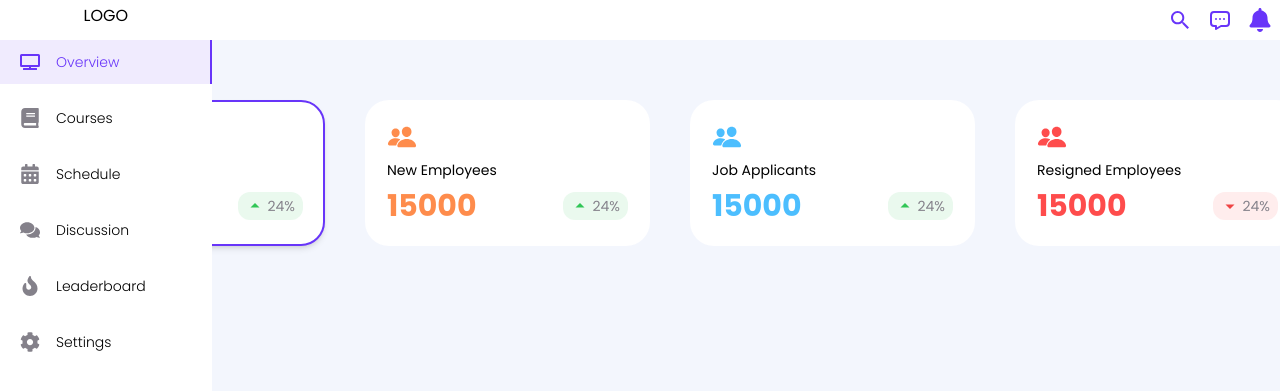
Repository: SpicierEwe/creativeio_hr_dashboard
Page: /
The author's editor kept a copy of each file at every save. The page is drawn from the files as they stood at one save, then again after the next save.
The browser window is 1280 px wide. The pictures show the whole page.
The project was rebuilt for these pictures with package versions that can differ from the ones it lists, and the page was loaded fresh each time. Also part of the build but not shown: src/components/dashboard/sections/sections_2/section_2.jsx. Imported but missing from the stored project, and not drawn on this page: src/components/dashboard/sections/sections_2/charts/pie_chart.

Above is the page before, as saved 2024-06-28 23:25:51.

### public/index.html
<!DOCTYPE html>
<html lang="en">
  <head>
    <meta charset="utf-8" />
    <link rel="icon" href="%PUBLIC_URL%/favicon.ico" />
    <meta name="viewport" content="width=device-width, initial-scale=1" />
    <meta name="theme-color" content="#000000" />
    <meta
      name="description"
      content="A perfectly optmized HR Dashboard for all screens sizes to give you the best possible user experience no matter the type of screen size you use."
    />
    <link rel="apple-touch-icon" href="%PUBLIC_URL%/logo192.png" />
    <!--
      manifest.json provides metadata used when your web app is installed on a
      user's mobile device or desktop. See https://developers.google.com/web/fundamentals/web-app-manifest/
    -->
    <link rel="manifest" href="%PUBLIC_URL%/manifest.json" />
    <!--
      Notice the use of %PUBLIC_URL% in the tags above.
      It will be replaced with the URL of the `public` folder during the build.
      Only files inside the `public` folder can be referenced from the HTML.

      Unlike "/favicon.ico" or "favicon.ico", "%PUBLIC_URL%/favicon.ico" will
      work correctly both with client-side routing and a non-root public URL.
      Learn how to configure a non-root public URL by running `npm run build`.
    -->
    <title>HR Dashboard</title>
  </head>
  <body>
    <noscript>You need to enable JavaScript to run this app.</noscript>
    <div id="root"></div>
    <!--
      This HTML file is a template.
      If you open it directly in the browser, you will see an empty page.

      You can add webfonts, meta tags, or analytics to this file.
      The build step will place the bundled scripts into the <body> tag.

      To begin the development, run `npm start` or `yarn start`.
      To create a production bundle, use `npm run build` or `yarn build`.
    -->
  </body>
</html>

### src/index.css
@import url('https://fonts.googleapis.com/css2?family=Poppins:ital,wght@0,100;0,200;0,300;0,400;0,500;0,600;0,700;0,800;0,900;1,100;1,200;1,300;1,400;1,500;1,600;1,700;1,800;1,900&display=swap');


@tailwind base;
@tailwind components;
@tailwind utilities;

@layer base {
    :root {
        --color-primary: #ffffff;
        --color-secondary: #f3f6fd;
        --accent: #6835f9;
        --accent-light: #f0ebfe;

        --font-primary: #202020;
        --font-secondary: #84818A;
        --font-tertiary: #47464A;
        /* Corrected the double # */
    }

    .hide-scrollbar::-webkit-scrollbar {
        display: none;
    }

    .hide-scrollbar {
        -ms-overflow-style: none;
        /* IE and Edge */
        scrollbar-width: none;
        /* Firefox */
    }

    body {
        font-family: 'Poppins', sans-serif;
        background-color: var(--color-secondary);
    }

    h1,
    h2,
    h3,
    h4 {
        color: var(--font-primary);
    }





    p {
        color: var(--font-secondary);
    }
}

### src/App.js
import { BrowserRouter as Router, Routes, Route } from "react-router-dom";

import "./App.css";
import DashBoard from "./components/dashboard/dashboard";
import SideNav from "./components/side_nav/side_nav";
import { useRef } from "react";

function App() {
  const sideRef = useRef(null);
  return (
    <Router>
      <div className="App overflow-x-hidden ">
        <div className="flex max-w-screen-2xl w-screen">
          {/* side and top nav  */}
          <div ref={sideRef} className="">
            <SideNav />
          </div>
          {/* right content */}
          <div className="w-[100%] pt-20  ">
            <Routes>
              <Route path="/" element={<DashBoard />} />
            </Routes>
          </div>
        </div>
      </div>
    </Router>
  );
}

export default App;

### src/components/dashboard/dashboard.jsx
import Section1 from "./sections/section_1/section_1";
import Section2 from "./sections/sections_2/section_2";

function DashBoard() {
  return (
    <div>
      <div className=" ">
        <Section1 />
      </div>

      <div className="">{/* <Section2 /> */}</div>
    </div>
  );
}

export default DashBoard;

### src/components/side_nav/side_nav.jsx
import React, { useEffect, useState } from "react";

import {
  FaComments,
  FaCog,
  FaFire,
  FaCalendarAlt,
  FaBook,
  FaTv,
  FaBell,
} from "react-icons/fa";
import { IoMdSearch } from "react-icons/io";
import { TbMessageDots } from "react-icons/tb";
import { Link, redirect, useLocation } from "react-router-dom";

const menuItems = [
  { id: 1, icon: <FaTv />, label: "Overview", notifications: 0, redirect: "/" },
  {
    id: 2,
    icon: <FaBook />,
    label: "Courses",
    notifications: 0,
    redirect: "/courses",
  },
  {
    id: 3,
    icon: <FaCalendarAlt />,
    label: "Schedule",
    notifications: 2,
    redirect: "/schedule",
  },
  {
    id: 4,
    icon: <FaComments />,
    label: "Discussion",
    notifications: 0,
    redirect: "/discussion",
  },
  {
    id: 5,
    icon: <FaFire />,
    label: "Leaderboard",
    notifications: 0,
    redirect: "/leaderboard",
  },
  {
    id: 6,
    icon: <FaCog />,
    label: "Settings",
    notifications: 0,
    redirect: "/settings",
  },
];

function SideNav() {
  const [selectedNavIndex, setSelectedNavIndex] = useState(0);

  const location = useLocation();

  useEffect(() => {
    const path = location.pathname;
    const index = menuItems.findIndex((item) => item.redirect === path);
    setSelectedNavIndex(index);
  }, [location.pathname]);

  return (
    <div className="fixed">
      {/* top nav */}
      <TopNavBar />

      {/* side nav */}
      <ul className="flex flex-col fixed  gap-3 h-screen justify-between z-[999] bg-primary">
        <div className="flex flex-col  gap-3">
          {/*  LOGO images */}

          <div className="mt-1">LOGO</div>

          {/* <h2>Main Menu</h2> */}
          {menuItems.map((item, index) => {
            const isSelected = selectedNavIndex === index;
            return (
              <Link to={item.redirect}>
                <li
                  key={item.id}
                  // bg
                  className={`p-3 border-r-2 ${
                    isSelected ? "border-accent" : "border-primary"
                  } text-md cursor-pointer w-full ${
                    isSelected ? "bg-accent_light" : ""
                  } transition-all duration-200 ease-in-out lg:pr-16 lg:pl-5 `}
                  onClick={() => setSelectedNavIndex(index)}
                >
                  <div className="flex justify-between gap-10">
                    <div className="flex gap-4">
                      {/* item icon */}
                      <div
                        className={` text-2xl lg:text-xl ${
                          isSelected ? "text-accent" : "text-secondary"
                        }  `}
                      >
                        {item.icon}
                      </div>

                      {/* lable */}
                      <div
                        className={`hidden lg:block text-sm font-light ${
                          isSelected ? "text-accent" : ""
                        } `}
                      >
                        {item.label}
                      </div>
                    </div>
                  </div>
                </li>
              </Link>
            );
          })}
        </div>
      </ul>
    </div>
  );
}

export default SideNav;
const TopNavBar = () => {
  const icons = [<IoMdSearch />, <TbMessageDots />, <FaBell />];
  return (
    <div className="bg-primary w-screen fixed  max-w-screen-2xl">
      {/* mobile */}
      <div className="flex justify-between">
        <div></div>

        {/* icons */}
        <div className="flex">
          {icons.map((icon, index) => (
            <div
              key={index}
              className="flex justify-end p-2 text-2xl text-accent"
            >
              {icon}
            </div>
          ))}
        </div>
      </div>
    </div>
  );
};

### src/components/dashboard/sections/section_1/section_1.jsx
import { useState } from "react";
import { IoPeople } from "react-icons/io5";
import { RiArrowUpSFill } from "react-icons/ri";

function Section1() {
  const data = [
    {
      icon: <IoPeople />,
      title: "Total Employees",
      count: 15000,
      percentage: "24%",
      color: "#6835f9",
      drop: false,
    },
    {
      icon: <IoPeople />,
      title: "New Employees",
      count: 15000,
      percentage: "24%",
      color: "#fe8c4c",
      drop: false,
    },
    {
      icon: <IoPeople />,
      title: "Job Applicants",
      count: 15000,
      percentage: "24%",
      color: "#4cbefe",
      drop: false,
    },
    {
      icon: <IoPeople />,
      title: "Resigned Employees",
      count: 15000,
      percentage: "24%",
      color: "#fe4c4c",
      drop: true,
    },
  ];

  function hexToRGBA(hex, opacity) {
    let r = 0,
      g = 0,
      b = 0;
    if (hex.length === 4) {
      r = parseInt(hex[1] + hex[1], 16);
      g = parseInt(hex[2] + hex[2], 16);
      b = parseInt(hex[3] + hex[3], 16);
    } else if (hex.length === 7) {
      r = parseInt(hex[1] + hex[2], 16);
      g = parseInt(hex[3] + hex[4], 16);
      b = parseInt(hex[5] + hex[6], 16);
    }
    return `rgba(${r},${g},${b},${opacity})`;
  }

  const item = {
    color: "#ff5733", // Example color
  };

  const boxShadowColor = hexToRGBA(item.color, 0.3);
  const boxShadow = `0 4px 10px -3px ${boxShadowColor}`;
  console.log(boxShadow);

  const [selectedIndex, setSelectedIndex] = useState(0);

  return (
    <div className="hide-scrollbar flex gap-5 lg:gap-10 overflow-x-auto hide-scroll w-full p-5 pl-0   xl:grid grid-cols-4 ml-10 ">
      {data.map((item, index) => {
        return (
          <div
            key={index}
            onClick={() => setSelectedIndex(index)}
            className={`text-start rounded-3xl p-5 bg-primary flex flex-col items-start cursor-pointer ${
              selectedIndex === index ? `shadow-md` : ""
            } transition-all duration-200 ease-in-out`}
            style={{
              border: `2px ${
                selectedIndex === index ? item.color : "transparent"
              } solid`,
            }}
          >
            <div
              className="text-3xl"
              style={{
                color: item.color,
              }}
            >
              {item.icon}
            </div>
            <div className=" mt-2 text-sm  whitespace-nowrap">{item.title}</div>
            <div className="w-full flex gap-3 mt-2  items-center justify-between">
              <p
                className="text-3xl font-bold"
                style={{
                  color: item.color,
                }}
              >
                {item.count}
              </p>
              <div
                className="flex gap-1 items-center w-fit rounded-xl py-1 px-2"
                style={{
                  color: item.drop ? "red" : "green",
                  backgroundColor: item.drop
                    ? "rgba(254, 76, 76, 0.1)"
                    : "rgba(49, 198, 86, 0.1)",
                }}
              >
                {!item.drop ? (
                  <RiArrowUpSFill className="text-[#31c656] text-lg" />
                ) : (
                  <RiArrowUpSFill className="text-red-500 text-lg rotate-180" />
                )}
                <p className="text-sm">{item.percentage}</p>
              </div>
            </div>
          </div>
        );
      })}
    </div>
  );
}

export default Section1;

### tailwind.config.js
/** @type {import('tailwindcss').Config} */
module.exports = {
  content: ["./src/**/*.{js,jsx,ts,tsx}"],
  theme: {
    extend: {
      colors: {
        primary: "var(--color-primary)",
        secondary: "var(--color-secondary)",
        accent: "var(--accent)",
        accent_light: "var(--accent-light)",
      },
      textColor: {
        primary: "var(--font-primary)",
        secondary: "var(--font-secondary)",
        tertiary: "var(--font-tertiary)",
      },
    },
  },
  plugins: [],
};

Loaded but not shown: src/index.js (common file); src/reportWebVitals.js (common file); src/App.css (common file)

After the next save:
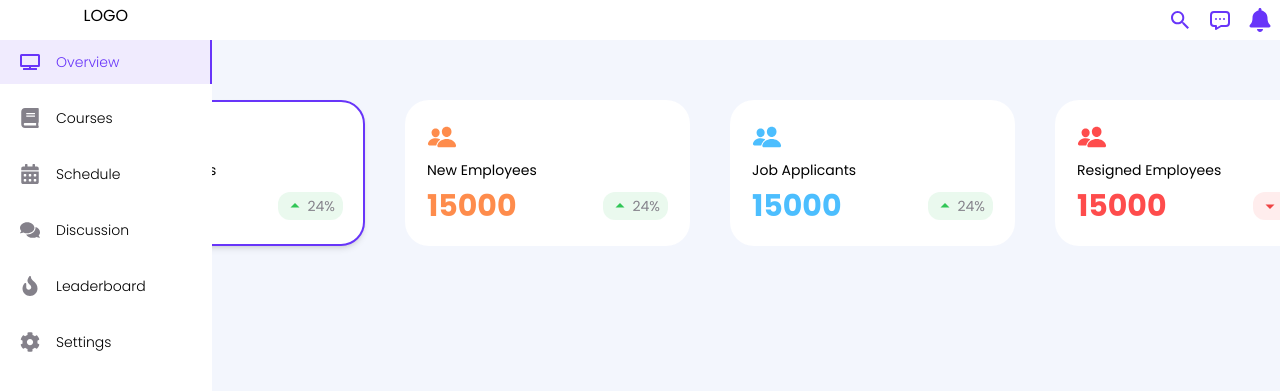
Saved 5 s later.
--- a/src/components/dashboard/sections/section_1/section_1.jsx
+++ b/src/components/dashboard/sections/section_1/section_1.jsx
@@ -65,7 +65,7 @@ function Section1() {
   const [selectedIndex, setSelectedIndex] = useState(0);
 
   return (
-    <div className="hide-scrollbar flex gap-5 lg:gap-10 overflow-x-auto hide-scroll w-full p-5 pl-0   xl:grid grid-cols-4 ml-10 ">
+    <div className="hide-scrollbar flex gap-5 lg:gap-10 overflow-x-auto hide-scroll w-full p-5 pl-0   xl:grid grid-cols-4 ml-20 ">
       {data.map((item, index) => {
         return (
           <div
